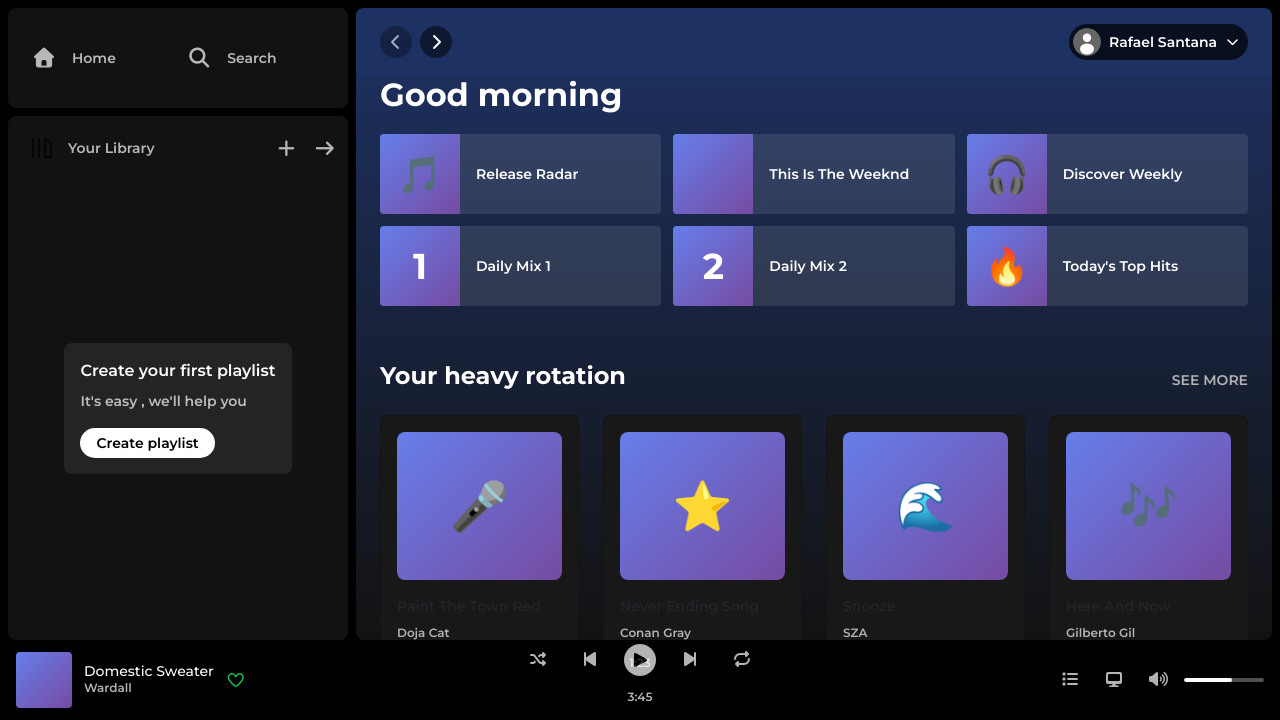
Repository: ketanBisht/spotifyFrontEnd
Page: index.html
The author's editor kept a copy of each file at every save. The page is drawn from the files as they stood at one save, then again after a run of saves.
The browser window is 1280 px wide. The pictures show the whole page.
An inner scrolling area shows only its first screen. Some web fonts or font styles are not loaded; a fallback is used. Some web libraries are served in a nearby version.

Above is the page before, as saved 2025-08-25 23:04:21.

After the next 2 saves:
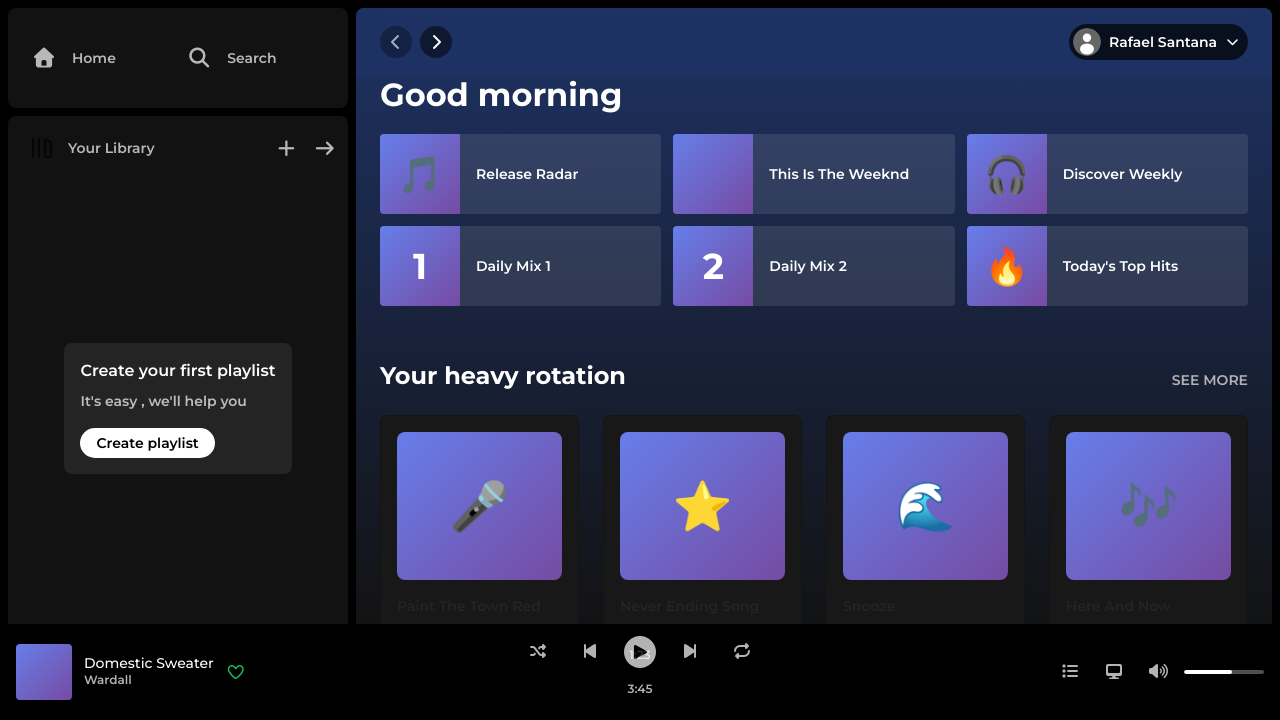
The 2 saves are shown as one change because they came seconds apart.
The last was saved 7 s later.
--- a/try.css
+++ b/try.css
@@ -37,7 +37,7 @@
             bottom: 0;
             left: 0;
             width: 100%;
-            height: 5rem;
+            height: 6rem;
             background-color: #000;
             display: flex;
             align-items: center;
